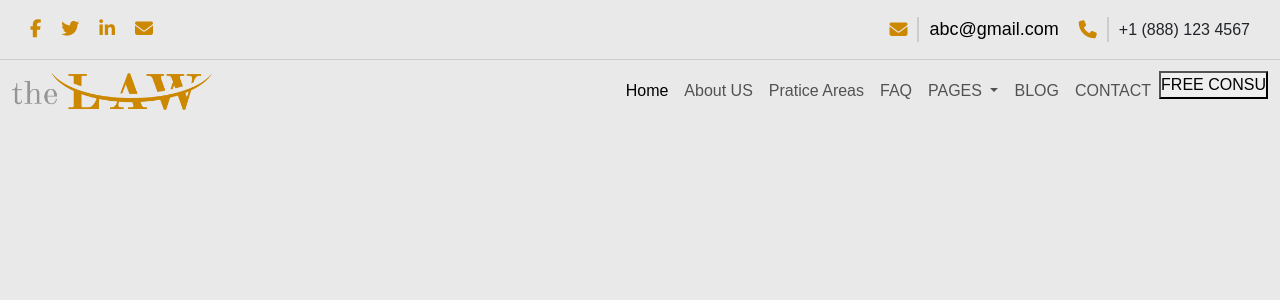
Repository: arehmanraza/lawyer_website
Page: Pages/index.html
The author's editor kept a copy of each file at every save. The page is drawn from the files as they stood at one save, then again after the next save.
The browser window is 1280 px wide. The pictures show the whole page.
Some web libraries are served in a nearby version.

Above is the page before, as saved 2024-05-22 01:48:33.

After the next save:
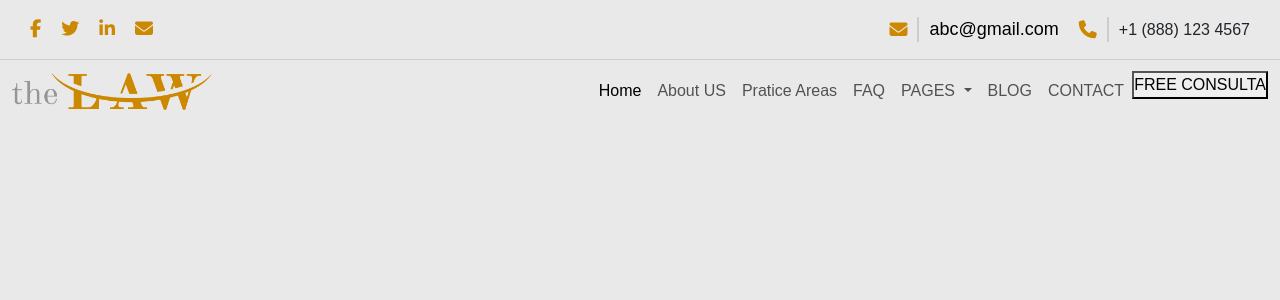
Saved 12 s later.
--- a/Pages/index.html
+++ b/Pages/index.html
@@ -115,7 +115,7 @@
                 <a class="nav-link" href="#">CONTACT</a>
               </li>
               <li class="nav-item">
-                <button>FREE CONSU</button>
+                <button>FREE CONSULTA</button>
               </li>
             </ul>
 
